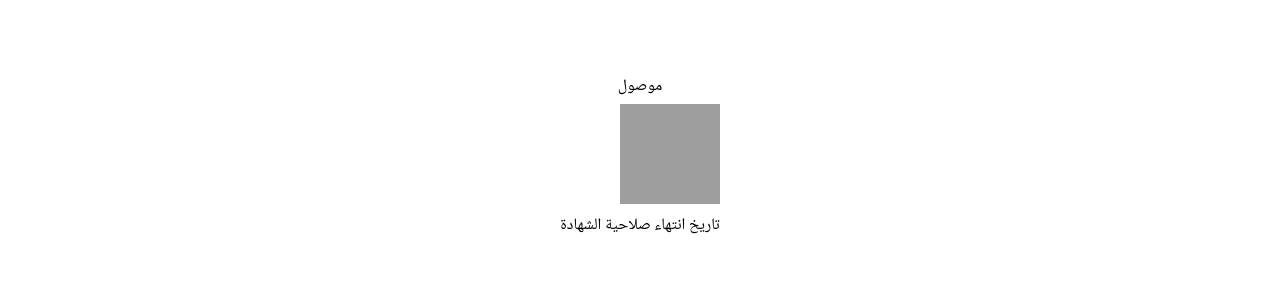
Repository: khanshakiil/ArabicHTMLToPDF
Page: HospitalFrontDesk/src/main/resources/html.html
These files come from the project's save history. The page is drawn as it stood at one moment and after the next save; the edit follows.
The browser window is 1280 px wide. The pictures show the whole page.
Pictures or frames that could not be fetched are drawn as grey boxes.

Above is the page before, as saved 2020-03-05 20:08:08.

### HospitalFrontDesk/src/main/resources/html.html
<!DOCTYPE html>
<html>

<head>
<style>
table {
margin: 60px;
padding: 10px;

}
tr{
align: left;
}

#qrCode{
width: 100px;
height: 100px;
}
</style>

</head>

<body>
<center>
<table style="align-items: center" >
<tr align="center"><td dir="rtl" style="font-family: Noto Naskh Arabic">موصول</td></tr>
<tr><td dir="rtl"><img src="E:\\qrcode.png" id="qrCode"></img></td> </tr>
<tr><td dir="rtl" style="font-family: Noto Naskh Arabic">تاريخ انتهاء صلاحية الشهادة </td></tr>

</table></center>
</body>

</html>

After the next save:
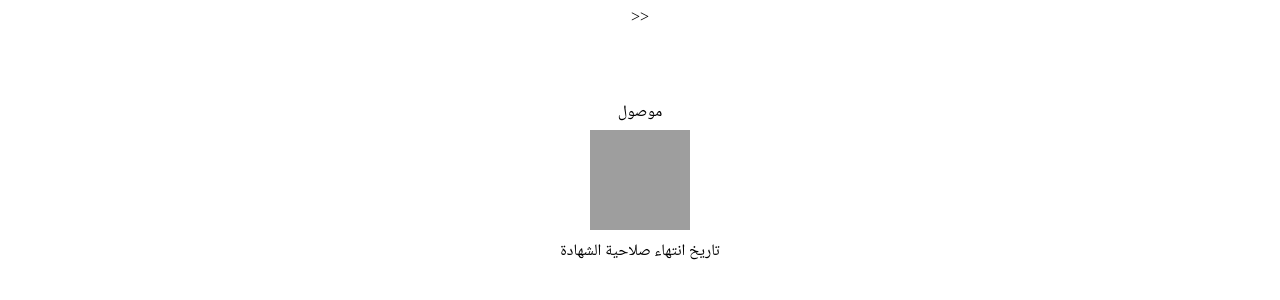
Saved 13 s later.
--- a/HospitalFrontDesk/src/main/resources/html.html
+++ b/HospitalFrontDesk/src/main/resources/html.html
@@ -24,8 +24,8 @@ height: 100px;
 <center>
 <table style="align-items: center" >
 <tr align="center"><td dir="rtl" style="font-family: Noto Naskh Arabic">موصول</td></tr>
-<tr><td dir="rtl"><img src="E:\\qrcode.png" id="qrCode"></img></td> </tr>
-<tr><td dir="rtl" style="font-family: Noto Naskh Arabic">تاريخ انتهاء صلاحية الشهادة </td></tr>
+<tr align="center">><td dir="rtl"><img src="E:\\qrcode.png" id="qrCode"></img></td> </tr>
+<tr align="center">><td dir="rtl" style="font-family: Noto Naskh Arabic">تاريخ انتهاء صلاحية الشهادة </td></tr>
 
 </table></center>
 </body>
